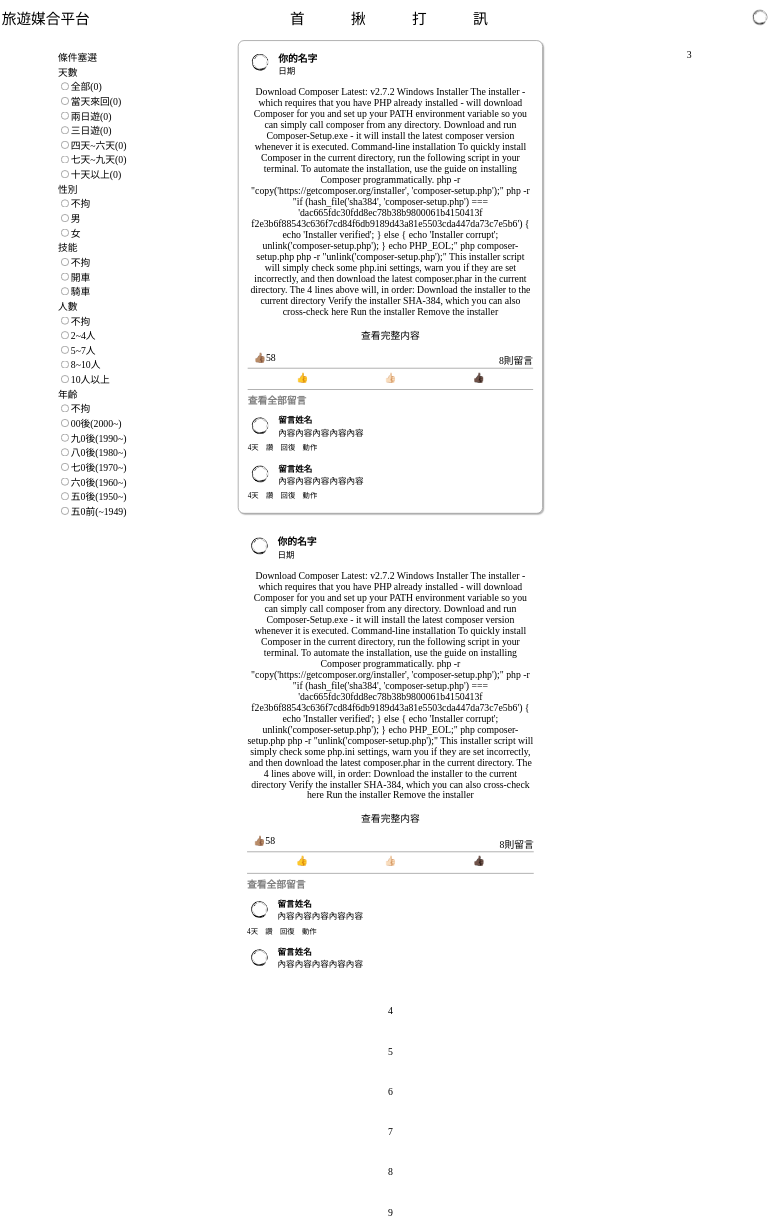
Repository: yuchiyang123/index_view
Page: http://localhost/
The author's editor kept a copy of each file at every save. The page is drawn from the files as they stood at one save, then again after the next save.
The browser window is 1280 px wide. The pictures show the whole page, at 61% of full size.
The page is run by PHP 8.4 with error messages shown; the project is at /var/www/html/.

Above is the page before, as saved 2024-03-27 22:19:01.

After the next save:
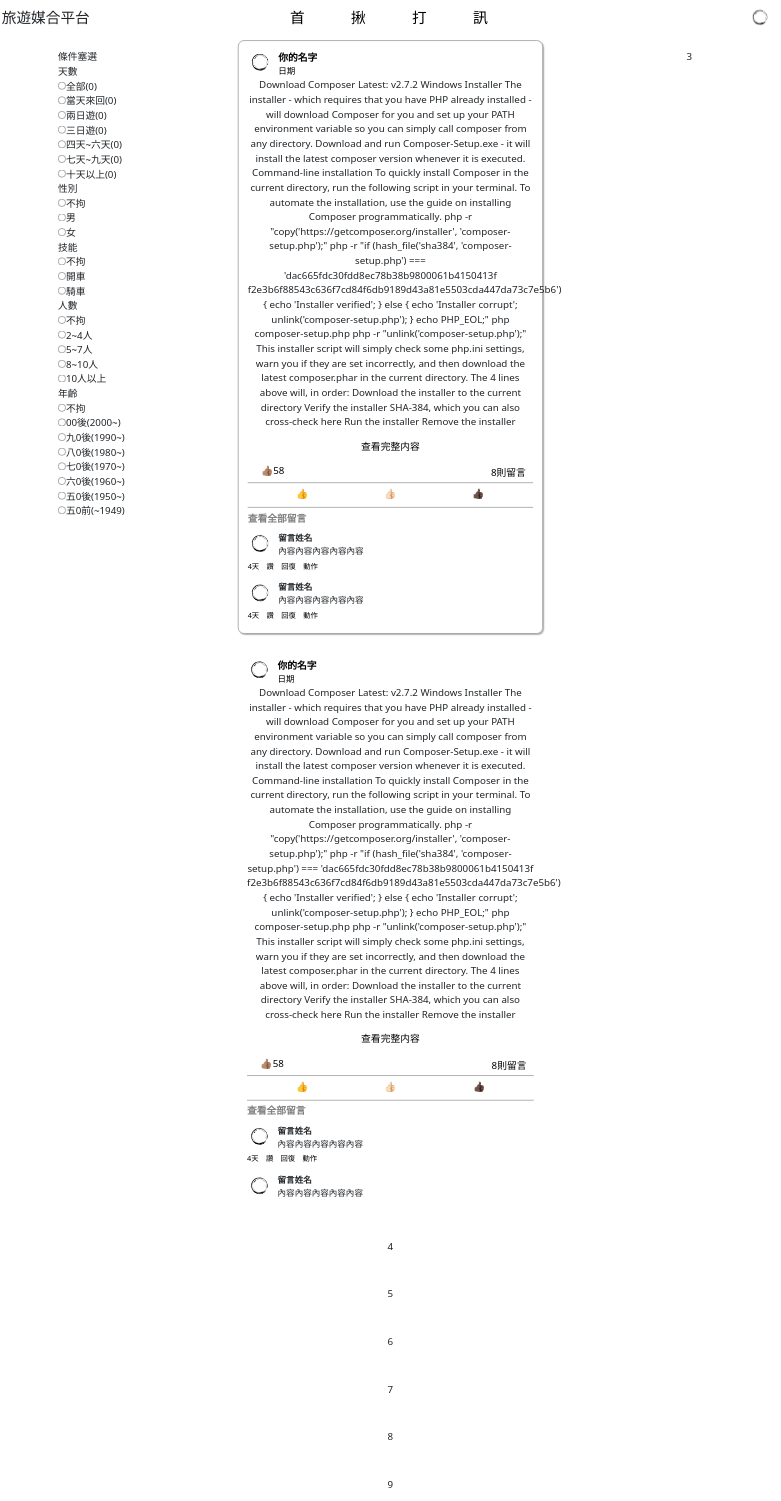
Saved 25 s later.
--- a/index.php
+++ b/index.php
@@ -1,4 +1,6 @@
-
+<?php
+include('cdn.php');
+?>
 <style>
 
 body {
